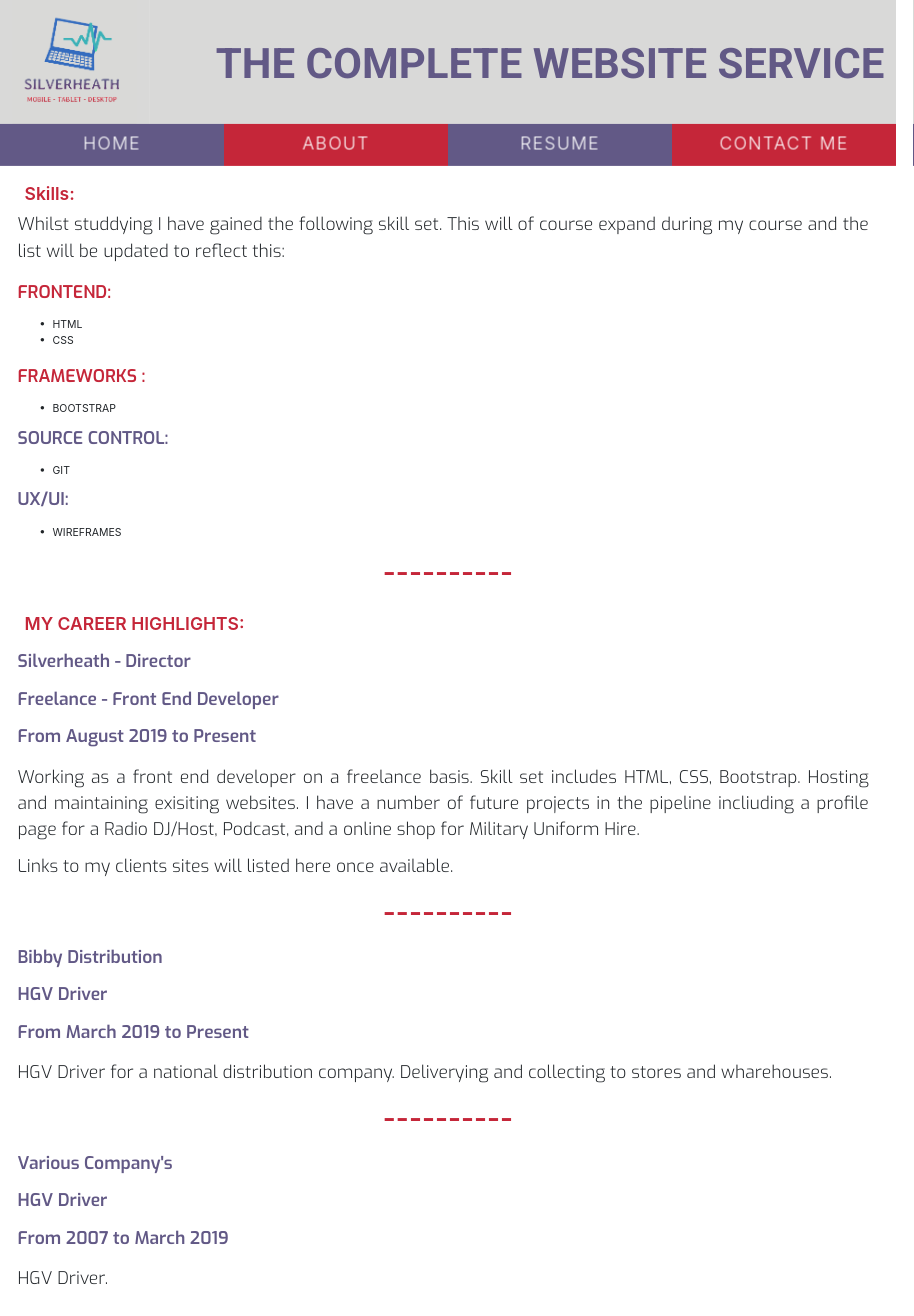
Repository: Code-Institute-Submissions/silverheath
Page: resume.html
The author's editor kept a record of every edit. The page is drawn from the files as they stood at one moment, then again after the next edit.
The browser window is 1280 px wide. The page is 1305 px wide, so the pictures cover 1305 px, including what lies to the right of the window. The pictures show the part of the page from y = 0 to 1880 px (the page is 2991 px tall before and 2982 px after), at 70% of full size.
Some web libraries are served in a nearby version.

Above is the page before.

### resume.html
<!DOCTYPE html>
<html lang="en">

<head>
    <meta name="author" content="Mark Dyson">
    <meta charset="UTF-8">
    <meta name="viewport" content="width=device-width, initial-scale=1.0">
    <meta http-equiv="X-UA-Compatible" content="ie=edge">
    <link rel="stylesheet" href="https://maxcdn.bootstrapcdn.com/bootstrap/4.2.1/css/bootstrap.min.css" type="text/css" />
    <link rel="stylesheet" href="https://maxcdn.bootstrapcdn.com/font-awesome/4.7.0/css/font-awesome.min.css" type="text/css" />
    <link rel="stylesheet" href="https://cdnjs.cloudflare.com/ajax/libs/hover.css/2.1.1/css/hover-min.css" type="text/css" />
    <link rel="stylesheet" href="assets/css/style.css">
    <title>Silverheath</title>
</head>

<body>
    <header>
        <div class="row no-gutters">
            <a class="col-md-2 logo" href="index.html"></a>
            <div class="col-md-10">
                <div class="row no-gutters bg-color-name-title uppercase">
                    <div class="col heading">
                        <h1 class="title" <h1 class="title">The complete website service</h1>

                    </div>
                </div>
            </div>
        </div>
        <div class="row no-gutters">
            <div class="col">
                <ul id="nav" class="list-inline menucontainer">
                    <li class="col-6 col-sm-3 list-inline-item ui-menu-color-home menuitem">
                        <a href="index.html" class="hvr-bounce-to-top"><span>Home</span></a>
                    </li>
                    <li class="col-6 col-sm-3 list-inline-item ui-menu-color-about menuitem">
                        <a href="about.html" class="hvr-bounce-to-bottom"><span>About</span></a>
                    </li>
                    <li class="col-6 col-sm-3 list-inline-item ui-menu-color-resume menuitem">
                        <a href="resume.html" class="hvr-bounce-to-top"><span>Resume</span></a>
                    </li>
                    <li class="col-6 col-sm-3 list-inline-item ui-menu-color-contact menuitem">
                        <a href="contact.html" class="hvr-bounce-to-bottom"><span>Contact Me</span></a>
                    </li>
                </ul>
            </div>
        </div>
        </div>
        </div>
    </header>
    <div>
        <h4 class="resume-one uppercases">Skills:</h4>
        <div class=intro>
            <p>Whilst studdying I have gained the following skill set. This will of course expand during my course and the list will be updated to reflect this:</p>

        </div>
        <div>
            <h4 class="section-heading uppercase about-header">Frontend:</h4>
            <div class=resume-list uppercase>
                <ul>
                    <li>HTML</li>
                    <li>CSS</li>
                </ul>
            </div>
            <h4 class="section-heading uppercase about-header">Frameworks :</h4>
            <div class="resume-list uppercase">
                <ul>
                    <li>Bootstrap</li>
                </ul>
            </div>
            <h4 class="section-heading uppercase resume-header">Source control:</h4>
            <div class="resume-list uppercase">
                <ul>
                    <li>Git</li>
                </ul>
            </div>
            <h4 class="section-heading uppercase resume-header">UX/UI:</h4>
            <div class="resume-list uppercase">
                <ul>
                    <li>Wireframes</li>
                </ul>
            </div>
        </div>
    </div>
    <div class=resume-spacer>
        <p>----------</p>
    </div>
    <div class="resume-one uppercase">
        <p>My career highlights:</p>
        <p> </p>
    </div>
    <div class=resume-header>
        <p>Silverheath - Director</p>
        <p>Freelance - Front End Developer</p>
        <p>From August 2019 to Present</p>
    </div>
    <div class=resume>
        <p>Working as a front end developer on a freelance basis. Skill set includes HTML, CSS, Bootstrap. Hosting and maintaining exisiting websites. I have a number of future projects in the pipeline incliuding a profile page for a Radio DJ/Host, Podcast,
            and a online shop for Military Uniform Hire.</p>
        <p>Links to my clients sites will listed here once available.</p>
    </div>
    <div class=resume-spacer>
        <p>----------</p>
    </div>
    <div class=resume-header>
        <p>Bibby Distribution</p>
        <p>HGV Driver</p>
        <p>From March 2019 to Present</p>
    </div>
    <div class=resume>

        <p>HGV Driver for a national distribution company. Deliverying and collecting to stores and wharehouses.</p>
    </div>
    <div class=resume-spacer>
        <p>----------</p>
    </div>
    <div class=resume-header>
        <p>Various Company's</p>
        <p>HGV Driver</p>
        <p>From 2007 to March 2019</p>
    </div>
    <div class=resume>
        <p>HGV Driver.</p>
    </div>
    <div class=resume-spacer>
        <p>----------</p>
    </div>
    <div class=resume-header>
        <p>Mark's Driving Services</p>
        <p>Director</p>
        <p>From 2009 to 2011</p>
    </div>
    <div class=resume>
        <p>Provided a Driving Instruction service to individuals and companies. Developed excellent professional relationships with peers.</p>
    </div>
    <div class=resume-spacer>
        <p>----------</p>
    </div>
    <div class=resume-header>
        <p>Phoenix IT</p>
        <p>Helpdesk Analyst</p>
        <p>From 2003 to 2006</p>
    </div>
    <div class=resume>
        <p>Part of the 1st Line IT Support team offering deskside and remote support to a portfolio of clients including Ofsted and CPS.</p>
    </div>
    <div class=resume-spacer>
        <p>----------</p>
    </div>

    <div class=resume-header>
        <p>Pink Roccade</p>
        <p>Helpdesk Analyst</p>
        <p>From 1998 to 2003</p>
    </div>
    <div class=resume>
        <p>Responsible for identifying, troubleshooting and resolving reported issues assigned in a 1st Line Support capacity.</p>



    </div>

    </div>











    </section>
    <footer class="container-fluid">
        <div id="footer-details" class="row">
            <div class="col-sm-4">
                <h5 class="uppercase general-sub">Mark Dyson</h5>
                <p class="inline-block">
                    07455 900078 </p>
            </div>
            <div class="col-sm-4">
                <h5 class="uppercase general-sub">Download</h5>
                <p class="inline-block">
                    Need a printable version of my CV? Download it here.
                    <a href="assets/cv/cv.pdf" target="_blank" class="cv-pdf">
                                  <i class="fa fa-download" aria-hidden="true"></i>
                                  <span class="sr-only">Download link.</span>
                              </a>
                </p>
            </div>
            <div class="col-sm-4">
                <h5 class="uppercase general-sub">Social</h5>
                <ul class="list-inline social-links">
                    <li class="list-inline-item">
                        <a target="_blank" href="https://www.facebook.com/T123MRD">
                                        <i class="fa fa-facebook" aria-hidden="true"></i>
                                        <span class="sr-only">Facebook</span>
                                    </a>
                    </li>
                    <li class="list-inline-item">
                        <a target="_blank" href="https://twitter.com/md1858">
                                        <i class="fa fa-twitter" aria-hidden="true"></i>
                                        <span class="sr-only">Twitter</span>
                                    </a>
                    </li>
                    <li class="list-inline-item">
                        <a target="_blank" href="https://www.linkedin.com/in/mark-dyson-ba7397a1/">
                                        <i class="fa fa-linkedin" aria-hidden="true"></i>
                                        <span class="sr-only">LinkedIn</span>
                                    </a>
                    </li>



                </ul>
            </div>
        </div>
    </footer>
</body>

</html>

### assets/css/style.css
@import url('https://fonts.googleapis.com/css?family=Roboto:100,200,300,400,500,600,700|Exo:100,200,300,400,500,600,700');

/*--------------------------------------------Colors*/

.bg-color-name-title {
    background-color: #D9D9D8;
}

.bg-color-main-section {
    background-color: #fff;
}

.bg-color-personal-info {
    background-color: #f4f4f4;
}

.bg-color-portfolio {
    background-color: #625986;
}

.bg-color-contact {
    background-color: white;
}

.ui-menu-color-home {
    background-color: #625986;
}

.ui-menu-color-resume {
    background-color: #625986;
}

.ui-menu-color-about {
    background-color: #C52639;
}

.ui-menu-color-contact {
    background-color: #C52639;
}

.ui-menu-color-download {
    background-color: #525252;
}

.row-table {
    display: table;
}

.section-column {
    display: table-cell;
    padding: 0 30px 30px;
    float: none;
}

.section-heading {
    font-family: "Exo", sans-serif;
    font-weight: 300;
    margin-top: 25px;
    margin-bottom: 60px;
}

.portfolio-heading {
    color: #625986;
    font-weight: bold;
}


/* ----------------------------------------Special paddings/margins/text */

h1,
h2,
h3,
h4 {
    margin: 0;
}

.uppercase {
    text-transform: uppercase;
}

.general-sub {
    font-family: "Exo", sans-serif;
    font-weight: 300;
    color: #C52639;
}

.inline-block {
    display: inline-block;
}

.row-table {
    display: table;
}

.section-column {
    display: table-cell;
    padding: 0 30px 30px;
    float: none;
}

.history-heading,
.section-heading {
    font-family: "Exo", sans-serif;
    font-weight: 300;
    margin-top: 25px;
    margin-bottom: 40px;
}

.bottom-resume {
    padding: 0 130px 130px;

}


/*--------------------------------------------Heading*/

header {
    margin: 0;
}

.heading {
    margin-top: 30px;
    margin-left: 5px;
    margin-bottom: 40px;
}

.logo {
    background: url("../images/logo.jpg");
    background-position: center;
    background-repeat: no-repeat;
    background-size: contain;
    background-color: #D9D9D8;
    min-height: 150px;
    max-height: 247px;
    transition: all .5s ease-in-out;
    -moz-transition: all .5s ease-in-out;
    -webkit-transition: all .5s ease-in-out;
}

.title {
    font-family: "Roboto", sans-serif;
    font-weight: 800;
    font-size: 60px;
    margin-top: 25px;
    margin-bottom: 10px;
    margin-left: 90px;
    color: #625986;
    text-align: left;
}

.list-inline-item:not(:last-child) {
    margin: 0;
}

.menucontainer {
    font-size: 0;
}

#nav li {
    font-size: 14px;
    padding: 0;
}

#nav {
    margin: 0;
}

.menuitem {
    height: 60px;
    text-align: center;

}

.menuitem a {
    width: 100%;
    text-decoration: none;
    color: #fff;
    height: 60px;
}

.menuitem span {
    display: block;
    width: 100%;
    padding-top: 10px;
    text-align: center;
    text-transform: uppercase;
    font-size: 25px;
    font-weight: 300;
    letter-spacing: 2px;
}

/*----------------------intro----------------------*/

.intro {
    font-family: "Exo", sans-serif;
    text-align: justify;
    font-size: 25px;
    font-weight: 300;
    margin-top: 10px;
    margin-bottom: 10px;
    margin-left: 25px;
    width: 95%;

}

.intro-header {
    font-family: "Exo", sans-serif;
    text-align: left;
    font-size: 25px;
    font-weight: 600;
    margin-top: 25px;
    margin-bottom: 20px;
    margin-left: 25px;
    width: 100%;
    color: #C52639;

}

/*----------------------about----------------------*/

.about {
    font-family: "Exo", sans-serif;
    text-align: justify;
    font-size: 25px;
    font-weight: 300;
    margin-top: 10px;
    margin-bottom: 10px;
    margin-left: 25px;
    width: 95%;

}

.about-header {
    font-family: "Exo", sans-serif;
    text-align: left;
    font-size: 25px;
    font-weight: 600;
    margin-top: 25px;
    margin-bottom: 20px;
    margin-left: 25px;
    width: 100%;
    color: #C52639;

}


/*----------------------resume---------------------*/

span.a {
    display: inline;
    width: 200px;
    height: 200px;
    padding: 5px;
    border: 2px solid black;
    background-color: white;
    margin-left: 25px;
    font-weight: bold;
    width: 90%;
}

.resume-spacer {
    margin-bottom: 30px;
    margin-top: 30px;
}

.resume-list {
    margin-left: 35px;
    font-size: 15px;
}

.resume-one {
    color: #C52639;
    margin-left: 35px;
    font-weight: 600;
    font-size: 25px;
    margin-top: 25px;
}

.resume-spacer {
    text-align: center;
    color: #C52639;
    font-size: 40px;
    font-weight: 600;
    margin-top: 5px;
    margin-bottom: 5px;


}

.resume {
    font-family: "Exo", sans-serif;
    text-align: justify;
    font-size: 25px;
    font-weight: 300;
    margin-top: 1px;
    margin-bottom: 1px;
    margin-left: 25px;
    width: 95%;

}

.resume-header {
    font-family: "Exo", sans-serif;
    text-align: left;
    font-size: 25px;
    font-weight: 600;
    margin-top: 5px;
    margin-bottom: 20px;
    margin-left: 25px;
    width: 100%;
    color: #625986;

}






/*----------------------summary----------------------*/

.topline {
    padding-top: 20px;
    padding-bottom: 10px;
    margin-bottom: 15px;
    margin-left: 200;
    text-align: center;
    font-size: 40px;
    text-transform: uppercase;
    font-weight: bold;
    color: #625986;
}

.middleline {
    padding-top: 10px;
    padding-bottom: 10px;
    margin-bottom: 15px;
    margin-left: 200;
    text-align: center;
    font-size: 40px;
    text-transform: uppercase;
    font-weight: bold;
    color: #625986;
}

.bottomline {
    padding-top: 10px;
    padding-bottom: 30px;
    margin-bottom: 15px;
    margin-left: 200;
    text-align: center;
    font-size: 40px;
    text-transform: uppercase;
    font-weight: bold;
    color: #625986;
}
/*----------------------Contact----------------------*/
.contact {
    font-family: "Exo", sans-serif;
    text-align: justify;
    font-size: 25px;
    font-weight: 300;
    margin-top: 1px;
    margin-bottom: 1px;
    margin-left: 25px;
    width: 95%;

}

.contact-header {
    font-family: "Exo", sans-serif;
    text-align: left;
    font-size: 25px;
    font-weight: 600;
    margin-top: 5px;
    margin-bottom: 20px;
    margin-left: 25px;
    width: 100%;
    color: #C52639;

}

.contact-padding {
    margin-top: 30px;


}

.contact-paddingtop {
    margin-top: 60px;


}








/*--------------------------------------------Heading*/

.heading-padding {
    margin-top: 30px;

}
/*----------------------Hover.css----------------------*/

/* hvr-underline-from-center:before */

hvr-outline-out {
    background: #C52639;
    height: 40px;
}

/* ----------------------Footer---------------------- */

footer {
    background-color: #525252;
    color: #C52639;
    min-height: 120px;
    margin: 0;
}

.cv-pdf i {
    font-size: 18px;
    color: #625986;
    text-align: center;
    padding-left: 5px;
    transition: all 0.35s ease-in-out;
    -moz-transition: all 0.35s ease-in-out;
    -webkit-transition: all 0.35s ease-in-out;
    -o-transition: all 0.35s ease-in-out;
}

.cv-pdf i:hover {
    color: #C52639;
}

.social-links {
    padding-bottom: 15px;
}

.social-links li a i {
    width: 32px;
    height: 32px;
    padding: 12px 0;
    border-radius: 50%;
    font-size: 13px;
    line-height: 7px;
    text-align: center;
    color: #C52639;
    background: #8f8f8f;
    transition: all 0.35s ease-in-out;
    -moz-transition: all 0.35s ease-in-out;
    -webkit-transition: all 0.35s ease-in-out;
    -o-transition: all 0.35s ease-in-out;
}

.social-links li a i:hover {
    background: #625986;
}

#footer-details {
    padding: 20px;
    background-color: #D9D9D8;
    color: #C52639;
    font-weight: bold;
}


/* ----------------------Media Queries---------------------- */

@media(min-width: 992px) {
    .center-form {
        padding-top: 30px;
        min-height: 240px;
        margin: 0 auto;
        max-width: 50%;
    }
}

@media(max-width: 400px) {
    .center-form {
        padding-top: 30px;
        min-height: 240px;
        margin: 0 auto;
        max-width: 50%;
    }
    .title {
        font-size: 40px;
        text-align: left;
        max-width: 100px;
        padding-left: 5px;
    }
    .intro {
        max-width: 300px;
    }
    .intro-heading {
        max-width: 300px;
    }
}

After the next edit:
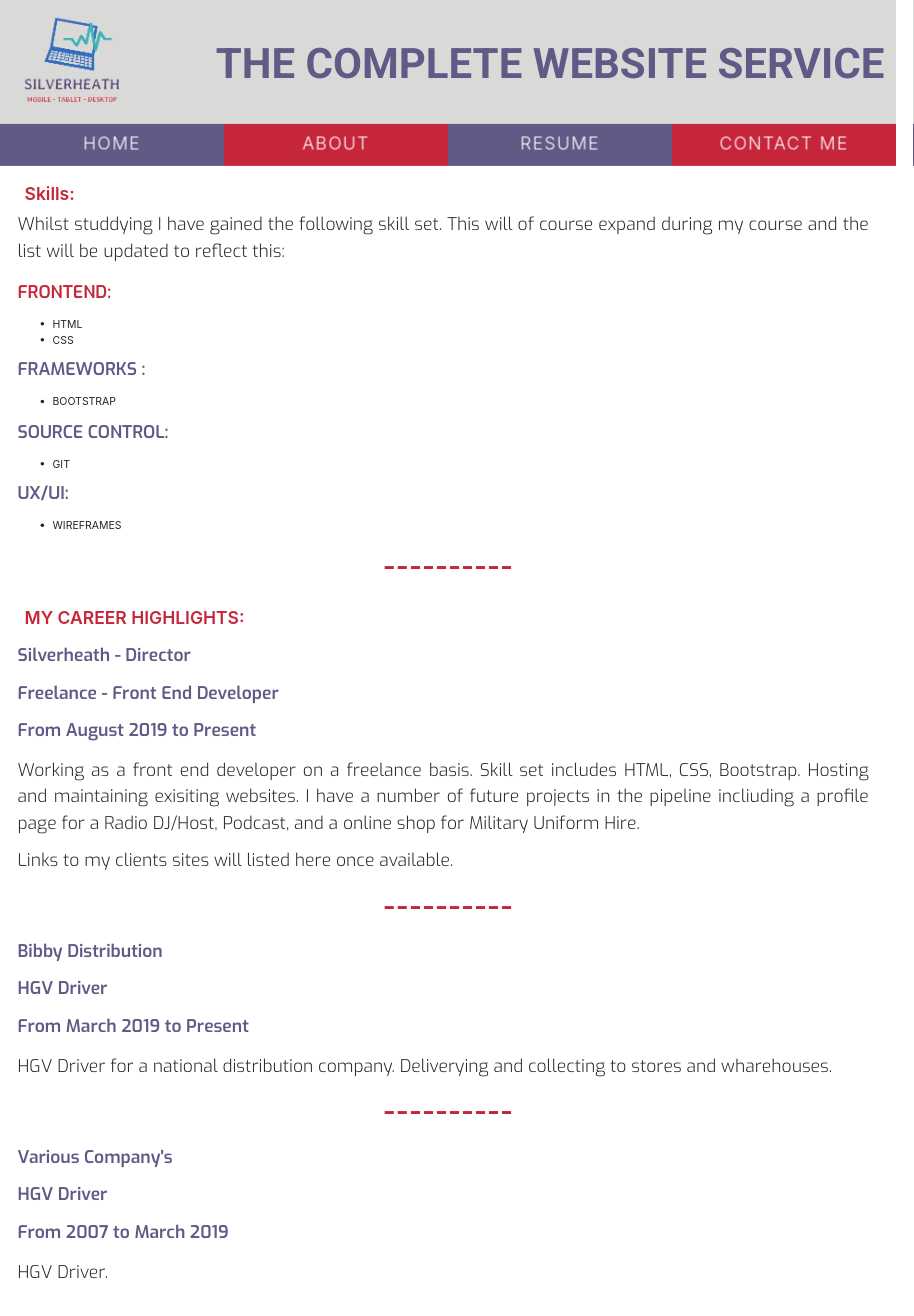
The edit:
--- a/resume.html
+++ b/resume.html
@@ -61,7 +61,7 @@
                     <li>CSS</li>
                 </ul>
             </div>
-            <h4 class="section-heading uppercase about-header">Frameworks :</h4>
+            <h4 class="section-heading uppercase resume-header">Frameworks :</h4>
             <div class="resume-list uppercase">
                 <ul>
                     <li>Bootstrap</li>
